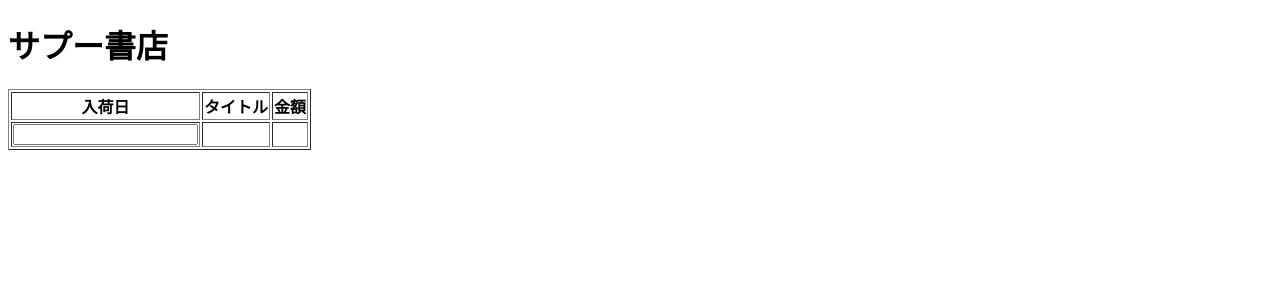
Repository: tom00ti/Vtuber_sapoo_flask
Page: http://localhost/form
The author's editor kept a copy of each file at every save. The page is drawn from the files as they stood at one save, then again after the next save.
The browser window is 1280 px wide. The pictures show the whole page.
The page is served by the project's application, run on Flask 3 (flaskr/app.py).

Above is the page before, as saved 2024-12-22 12:00:28.

After the next save:
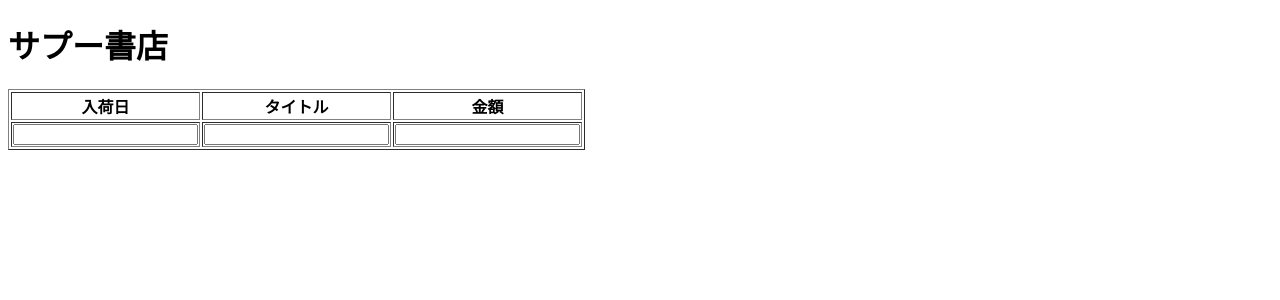
Saved 17 min 21 s later.
--- a/flaskr/templates/form.html
+++ b/flaskr/templates/form.html
@@ -14,8 +14,8 @@
             </tr>
             <tr>
                 <td> <input type="text" name="arrival_day"> </td>
-                <td></td>
-                <td></td>
+                <td><input type="text" name="title"></td>
+                <td><input type="text" name="price"></td>
             </tr>
         </table>
     </body>
